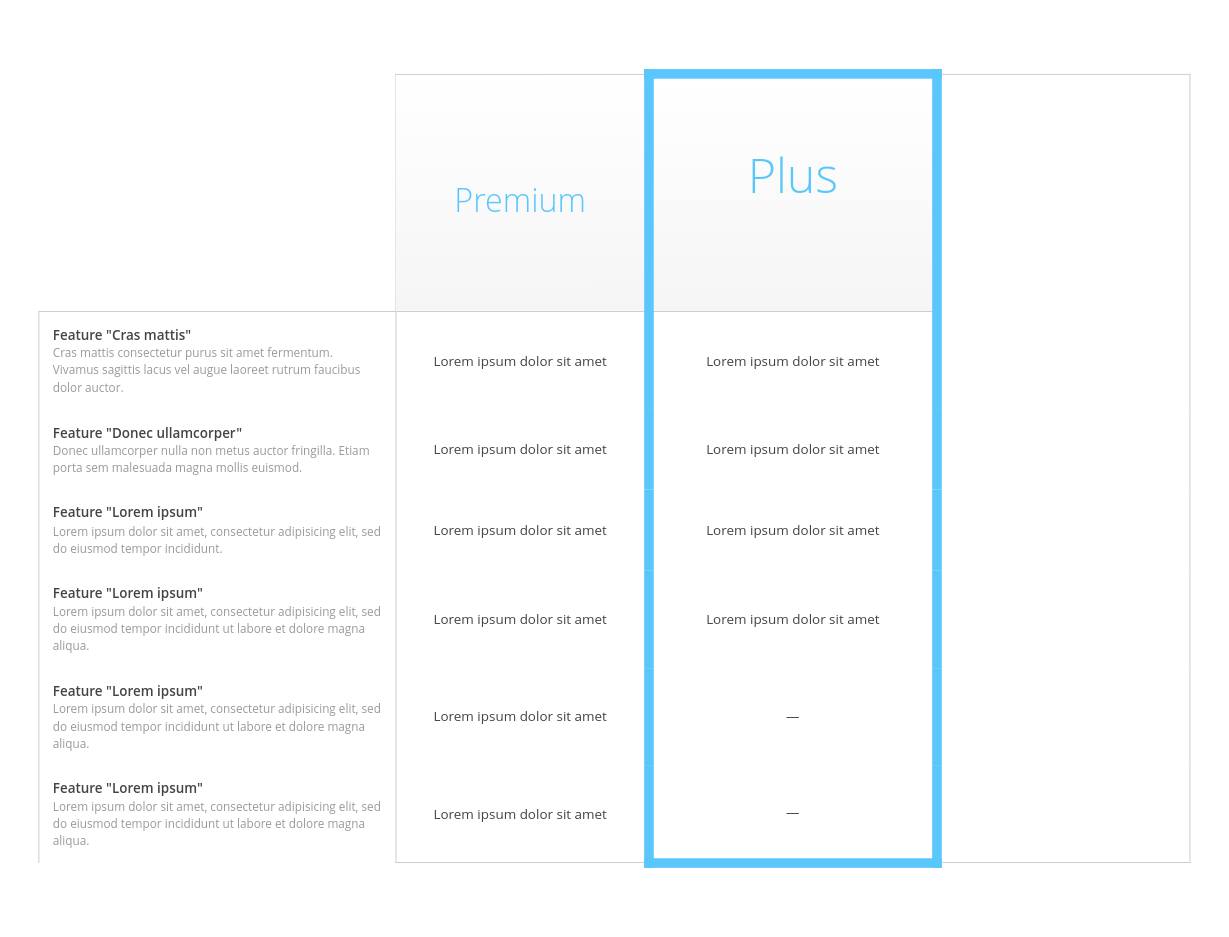
Repository: darlino/gotyu_shopify_section
Page: gotyu_table210223/index.html
An editor plug-in stored every save of this project. The page is shown before and after the next save, followed by the edit.
The browser window is 1280 px wide. The pictures show the whole page, at 96% of full size.

Above is the page before, as saved 2023-02-21 12:38:36.

### gotyu_table210223/index.html
<!DOCTYPE html>
<html lang="en">
  <head>
    <meta charset="UTF-8" />
    <meta http-equiv="X-UA-Compatible" content="IE=edge" />
    <meta name="viewport" content="width=device-width, initial-scale=1.0" />
    <title>Document</title>
    <link rel="stylesheet" href="style.css" />
    <link rel="preconnect" href="https://fonts.googleapis.com" />
    <link rel="preconnect" href="https://fonts.gstatic.com" crossorigin />
    <link
      href="https://fonts.googleapis.com/css2?family=Montserrat&display=swap"
      rel="stylesheet"
    />
  </head>
  <body>
    <table>
      <colgroup></colgroup>
      <colgroup></colgroup>
      <colgroup></colgroup>
      <colgroup></colgroup>

      <thead>
        <tr>
          <th>&nbsp;</th>
          <th>
            <h2>Premium</h2>
          </th>
          <th>
            <h2>Plus</h2>
          </th>
        </tr>
      </thead>

      <tbody>
        <tr>
          <th>
            Feature "Cras mattis"
            <span
              >Cras mattis consectetur purus sit amet fermentum. Vivamus
              sagittis lacus vel augue laoreet rutrum faucibus dolor
              auctor.</span
            >
          </th>
          <td>Lorem ipsum dolor sit amet</td>
          <td>Lorem ipsum dolor sit amet</td>
        </tr>
        <tr>
          <th>
            Feature "Donec ullamcorper"
            <span
              >Donec ullamcorper nulla non metus auctor fringilla. Etiam porta
              sem malesuada magna mollis euismod.</span
            >
          </th>
          <td>Lorem ipsum dolor sit amet</td>
          <td>Lorem ipsum dolor sit amet</td>
        </tr>
        <tr>
          <th>
            Feature "Lorem ipsum"
            <span
              >Lorem ipsum dolor sit amet, consectetur adipisicing elit, sed do
              eiusmod tempor incididunt.</span
            >
          </th>
          <td>Lorem ipsum dolor sit amet</td>
          <td>Lorem ipsum dolor sit amet</td>
        </tr>
        <tr>
          <th>
            Feature "Lorem ipsum"
            <span
              >Lorem ipsum dolor sit amet, consectetur adipisicing elit, sed do
              eiusmod tempor incididunt ut labore et dolore magna aliqua.</span
            >
          </th>
          <td>Lorem ipsum dolor sit amet</td>
          <td>Lorem ipsum dolor sit amet</td>
        </tr>
        <tr>
          <th>
            Feature "Lorem ipsum"
            <span
              >Lorem ipsum dolor sit amet, consectetur adipisicing elit, sed do
              eiusmod tempor incididunt ut labore et dolore magna aliqua.</span
            >
          </th>
          <td>Lorem ipsum dolor sit amet</td>
          <td>&mdash;</td>
        </tr>
        <tr>
          <th>
            Feature "Lorem ipsum"
            <span
              >Lorem ipsum dolor sit amet, consectetur adipisicing elit, sed do
              eiusmod tempor incididunt ut labore et dolore magna aliqua.</span
            >
          </th>
          <td>Lorem ipsum dolor sit amet</td>
          <td>&mdash;</td>
        </tr>
      </tbody>
    </table>
  </body>
</html>

### gotyu_table210223/style.css
body {
  background: #fff;
  font: 400 1em/1.4 "Open Sans", "Helvetica Neue", sans-serif;
  color: #333;
  text-align: center;
  padding: 4em 2em;
}

h1 {
  font-weight: 300;
  font-size: 5em;
  line-height: 1.35;
  margin: 0 0 0.125em;
}
h1 + p {
  font-size: 1.5em;
  color: #999;
  max-width: 30em;
  margin: 0 auto 3em;
}

table {
  width: 100%;
  text-align: left;
  border-spacing: 0;
  border-collapse: collapse;
  -webkit-box-sizing: border-box;
  -moz-box-sizing: border-box;
  box-sizing: border-box;
}

th,
td {
  font-family: inherit;
  font-size: 0.875em;
  line-height: 1.45;
  color: #444;
  vertical-align: middle;
  padding: 1em;
}
th {
  font-weight: 600;
}

colgroup:nth-child(1) {
  width: 31%;
  border: 0 none;
}
colgroup:nth-child(2) {
  width: 22%;
  border: 1px solid #ccc;
}
colgroup:nth-child(3) {
  width: 25%;
  border: 10px solid #59c7fb;
}
colgroup:nth-child(4) {
  width: 22%;
  border: 1px solid #ccc;
}

/* Tablehead */

thead th {
  background: #def4fe;
  background: -moz-linear-gradient(top, #ffffff 0%, #f5f5f5 100%);
  background: -webkit-linear-gradient(top, #ffffff 0%, #f5f5f5 100%);
  background: -o-linear-gradient(top, #ffffff 0%, #f5f5f5 100%);
  background: -ms-linear-gradient(top, #ffffff 0%, #f5f5f5 100%);
  background: linear-gradient(to bottom, #ffffff 0%, #f5f5f5 100%);
  text-align: center;
  position: relative;
  border-bottom: 1px solid #ccc;
  padding: 3em 0 2em;
  font-weight: 400;
  color: #999;
}
thead th:nth-child(1) {
  background: transparent;
}
thead th:nth-child(3) {
  padding: 2em 0 5em;
}
thead th h2 {
  font-weight: 300;
  font-size: 2.4em;
  line-height: 1.2;
  color: #59c7fb;
}
thead th h2 + p {
  font-size: 1.25em;
  line-height: 1.4;
}
thead th:nth-child(3) h2 {
  font-size: 3.6em;
}
thead th:nth-child(3) h2 + p {
  font-size: 1.5em;
}

thead th p.promo {
  font-size: 1em;
  color: #fff;
  position: absolute;
  top: 9em;
  left: -17px;
  z-index: 1000;
  width: 100%;
  margin: 0;
  padding: 0.625em 17px 0.75em;
  background: #c00;
  box-shadow: 0 2px 4px rgba(0, 0, 0, 0.25);
  border-bottom: 1px solid #900;
}

thead th p.promo:before {
  content: "";
  position: absolute;
  display: block;
  width: 0px;
  height: 0px;
  border-style: solid;
  border-width: 0 7px 7px 0;
  border-color: transparent #900 transparent transparent;
  bottom: -7px;
  left: 0;
}
thead th p.promo:after {
  content: "";
  position: absolute;
  display: block;
  width: 0px;
  height: 0px;
  border-style: solid;
  border-width: 7px 7px 0 0;
  border-color: #900 transparent transparent transparent;
  bottom: -7px;
  right: 0;
}

/* Tablebody */

tbody th {
  background: #fff;
  border-left: 1px solid #ccc;
}
tbody th span {
  font-weight: normal;
  font-size: 87.5%;
  color: #999;
  display: block;
}

tbody td {
  background: #fff;
  text-align: center;
  border: none;
}

tbody tr:last-child td {
  border-bottom: 0 none;
}

/* Tablefooter */

After the next save:
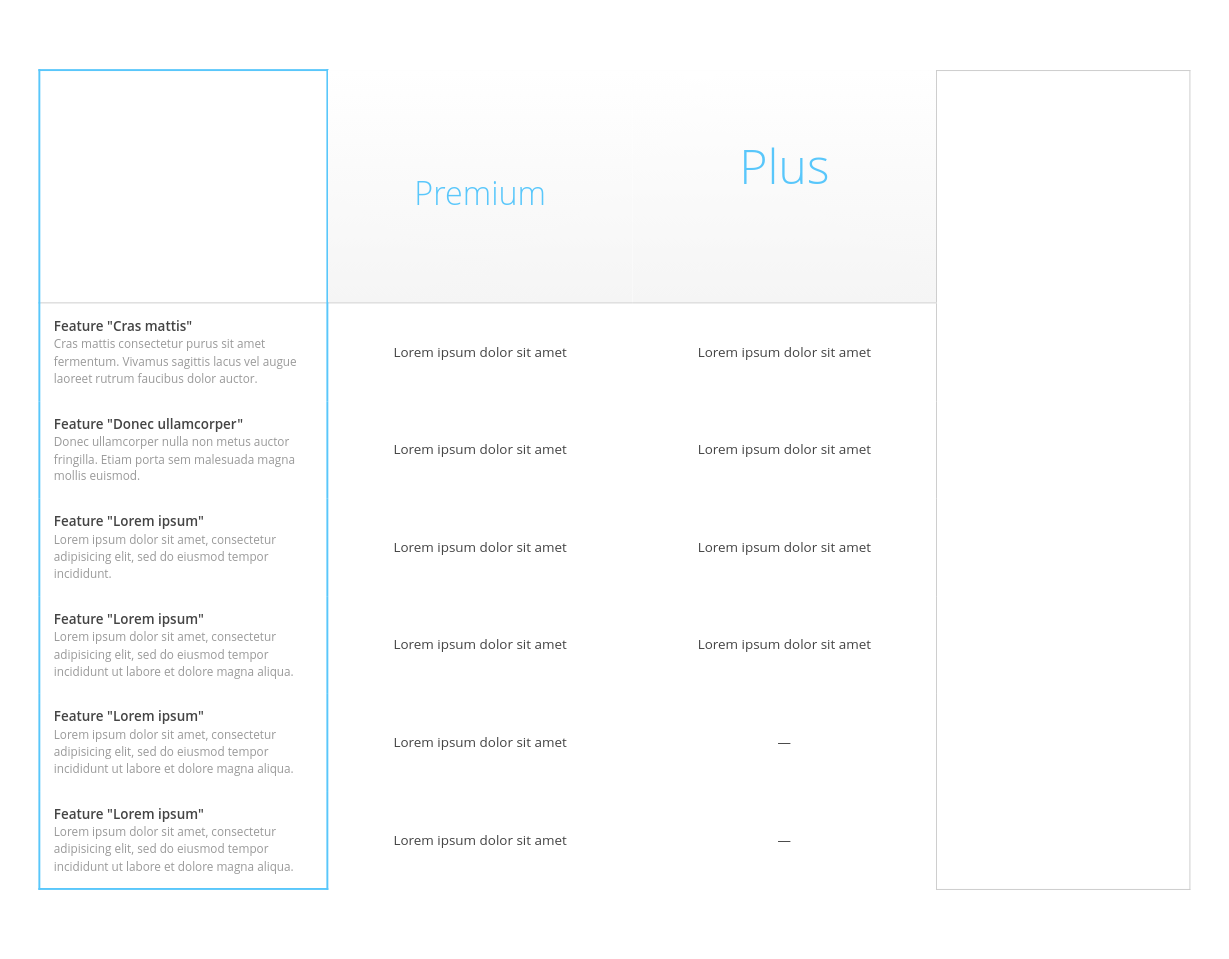
Saved 27 s later.
--- a/gotyu_table210223/style.css
+++ b/gotyu_table210223/style.css
@@ -43,16 +43,8 @@ th {
 }
 
 colgroup:nth-child(1) {
-  width: 31%;
-  border: 0 none;
-}
-colgroup:nth-child(2) {
-  width: 22%;
-  border: 1px solid #ccc;
-}
-colgroup:nth-child(3) {
   width: 25%;
-  border: 10px solid #59c7fb;
+  border: 2px solid #59c7fb;
 }
 colgroup:nth-child(4) {
   width: 22%;
